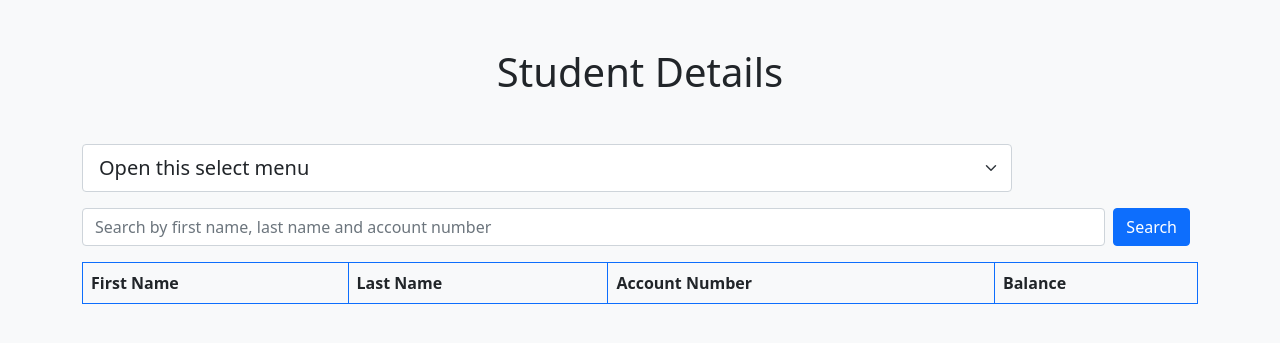
Repository: valletivarish/monojsp
Page: http://localhost/11-bank-application/view-customers.jsp
These files come from the project's save history. The page is drawn as it stood at one moment and after the next save; the edit follows.
The browser window is 1280 px wide. The pictures show the whole page.
The page is served by Tomcat 9. The template is opened directly, without the code that normally fills it, so the values that code supplies are empty.

Above is the page before, as saved 2024-07-20 13:31:05.

After the next save:
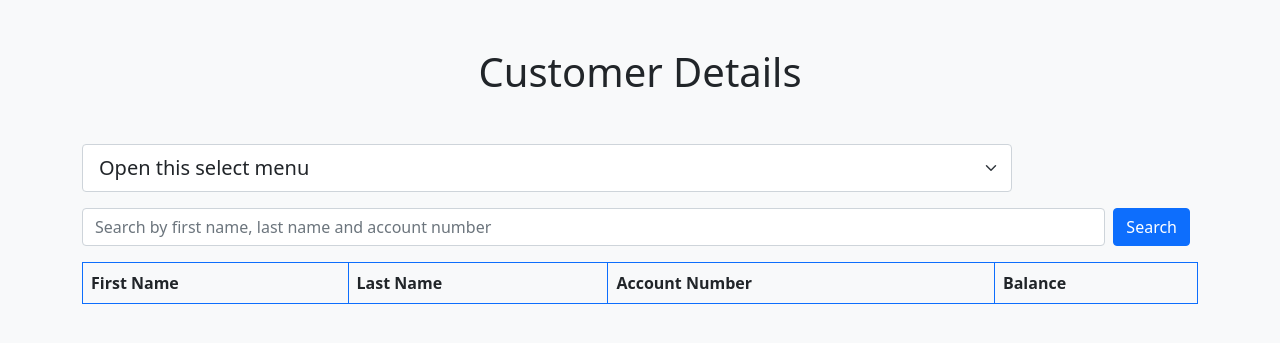
Saved 34 s later.
--- a/11-bank-application/WebContent/view-customers.jsp
+++ b/11-bank-application/WebContent/view-customers.jsp
@@ -13,7 +13,7 @@
 </head>
 <body class="bg-light">
     <div class="container-lg my-5">
-		<h1 class="text-center my-5">Student Details</h1>
+		<h1 class="text-center my-5">Customer Details</h1>
 		<form action="student" method="get">
 			<div class="col-sm-10">
 				<input type="hidden" name="command" value="search">
